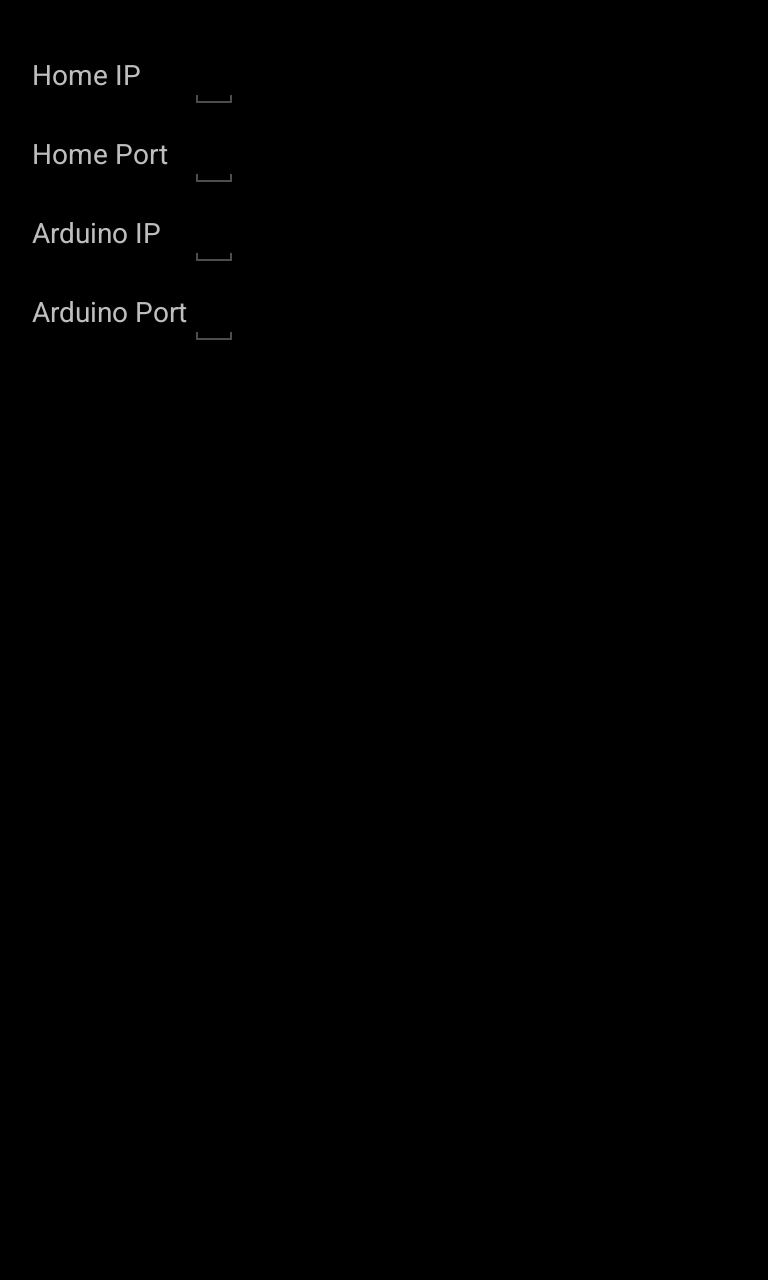
Repository: juanlurie/Android
Layout: HomeCommander/res/layout/settings.xml
The author's editor kept a copy of each file at every save. The layout is drawn from the files as they stood at one save, then again after a run of saves.
It is drawn on a 768 x 1280 px phone screen (xhdpi) without system bars, with theme AppTheme; the app's code is not run.

Above is the layout before, as saved 2013-08-11 09:52:05.

After the next 2 saves:
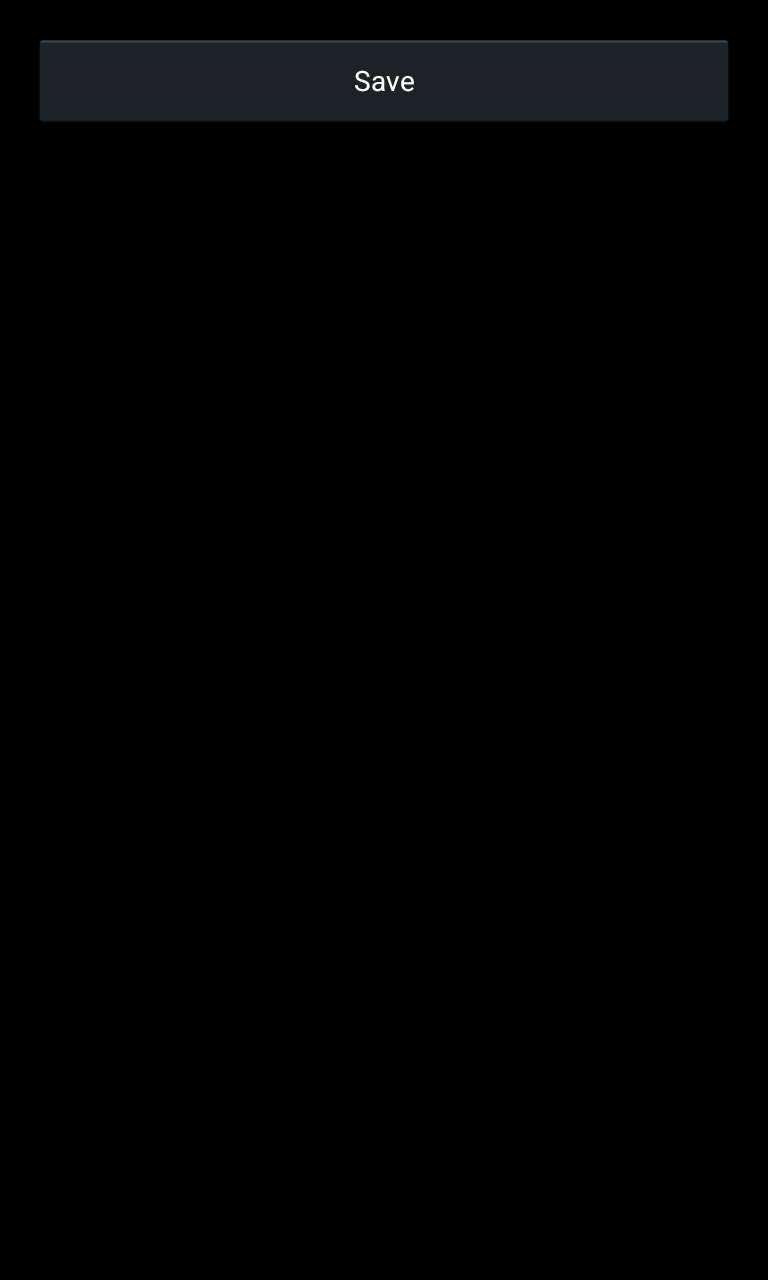
The 2 saves are shown as one change because 1 did not build or start.
The last was saved 4 min 17 s later.
--- a/HomeCommander/res/layout/settings.xml
+++ b/HomeCommander/res/layout/settings.xml
@@ -10,59 +10,29 @@
     android:paddingTop="@dimen/activity_vertical_margin"
     tools:context=".MainActivity" >
 
-    <TableLayout
-        android:layout_width="fill_parent"
-        android:layout_height="fill_parent"
-        android:id="@+id/tableLayout1">
+    <TextView
+        android:text="Home IP"
+        android:textAppearance="?android:attr/textAppearanceSmall" />
 
-        <TableRow
-            android:id="@+id/tableRow1"
-            android:layout_width="wrap_content"
-            android:layout_height="wrap_content" >
+    <EditText android:id="@+id/homeIp" />
 
-            <TextView
-                android:text="Home IP"
-                android:textAppearance="?android:attr/textAppearanceSmall" />
+    <TextView
+        android:text="Home Port"
+        android:textAppearance="?android:attr/textAppearanceSmall" />
 
-            <EditText android:id="@+id/homeIp" />
-        </TableRow>
+    <EditText android:id="@+id/homePort" />
 
-        <TableRow
-            android:id="@+id/tableRow2"
-            android:layout_width="wrap_content"
-            android:layout_height="wrap_content" >
+    <TextView
+        android:text="Arduino IP"
+        android:textAppearance="?android:attr/textAppearanceSmall" />
 
-            <TextView
-                android:text="Home Port"
-                android:textAppearance="?android:attr/textAppearanceSmall" />
+    <EditText android:id="@+id/arduinoIp" />
 
-            <EditText android:id="@+id/homePort" />
-        </TableRow>
+    <TextView
+        android:text="Arduino Port"
+        android:textAppearance="?android:attr/textAppearanceSmall" />
 
-        <TableRow
-            android:id="@+id/tableRow3"
-            android:layout_width="wrap_content"
-            android:layout_height="wrap_content" >
-
-            <TextView
-                android:text="Arduino IP"
-                android:textAppearance="?android:attr/textAppearanceSmall" />
-
-            <EditText android:id="@+id/arduinoIp" />
-        </TableRow>
-
-        <TableRow
-            android:id="@+id/tableRow4"
-            android:layout_width="wrap_content"
-            android:layout_height="wrap_content" >
-
-            <TextView
-                android:text="Arduino Port"
-                android:textAppearance="?android:attr/textAppearanceSmall" />
-
-            <EditText android:id="@+id/arduinoPort" />
-        </TableRow>
-    </TableLayout>
+    <EditText android:id="@+id/arduinoPort" />
 
     <Button
         android:id="@+id/saveSettings"
